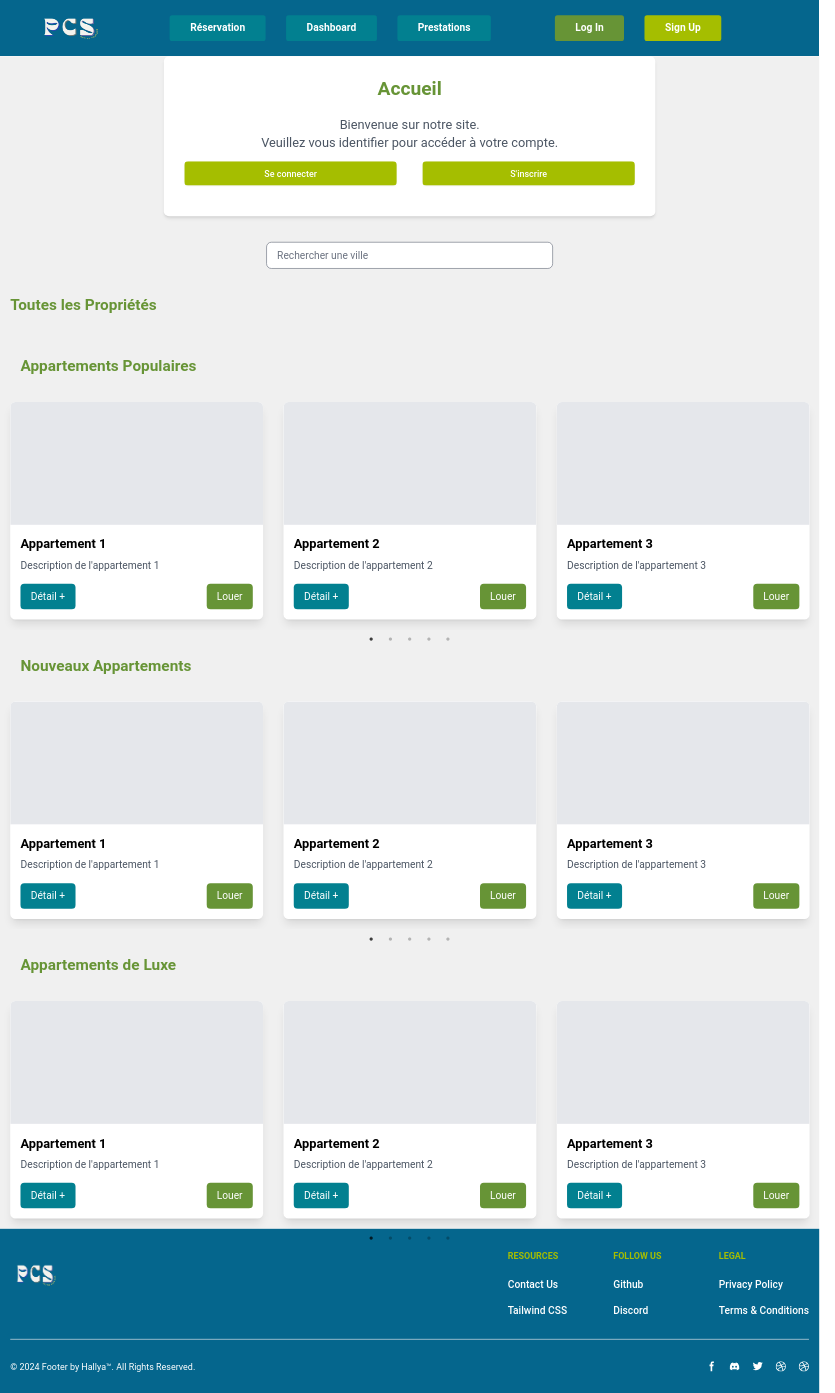
Repository: HATTOUNGBRE/ProjetAnnuel2
Page: / (app in FRONT/)
These files come from the project's save history. The page is drawn as it stood at one moment and after the next save; the edit follows.
The browser window is 1280 px wide. The page is 1305 px wide, so the pictures cover 1305 px, including what lies to the right of the window. The pictures show the whole page, at 64% of full size.
The page's requests for data from a server got no answer. The project was rebuilt for these pictures with package versions that can differ from the ones it lists, and the page was loaded fresh each time. No one was signed in, and anything a server would have sent is missing. Also part of the build but not shown: FRONT/vite.config.js, FRONT/src/components/PropertyCard.jsx, FRONT/src/components/Contact.jsx, FRONT/src/components/CatUser.jsx, FRONT/src/components/Login.jsx, FRONT/src/components/prestataire/PrestataireType.jsx, FRONT/src/components/prestataire/PrestataireDetails.jsx, FRONT/src/components/Account.jsx and 14 more.

Above is the page before, as saved 2024-06-27 15:04:21.

### FRONT/src/main.jsx
import React from 'react'
import ReactDOM from 'react-dom/client'
import App from './App.jsx'
import './App.css'
import { AuthProvider } from './components/AuthContext';
import {
  BrowserRouter,
  Route,
  Link
} from "react-router-dom";

ReactDOM.createRoot(document.getElementById('root')).render(
  <React.StrictMode>
    <AuthProvider>
    <App />
    </AuthProvider>
  </React.StrictMode>,
)

### FRONT/src/App.css
@tailwind base;
@tailwind components;
@tailwind utilities;

html, body {
  height: 100%;
  width: 100%;
  margin: 0;
  padding: 0;
  font-family: 'Roboto', sans-serif;
}


.logo {
  height: 5em;
  width: 7em;
  /* will-change: filter; */
  transition: filter 300ms;
}
.logo:hover {
}
.logo.react:hover {
  filter: drop-shadow(0 0 2em #61dafbaa);
}

@keyframes logo-spin {
  from {
    transform: rotate(0deg);
  }
  to {
    transform: rotate(360deg);
  }
}


.card {
  padding: 2em;
}

.read-the-docs {
  color: #888;
}
footer {
  position: absolute;
  left: 0;
  bottom: 0;
  width: 100%;
}
html, body {
  height: 100%;
  margin: 0;
  padding: 0;

}



footer {
  flex-shrink: 0; /* Empêche le pied de page de rétrécir si le contenu est trop grand */
}

.main-content {
  flex: 1;
  padding: 24px;
  overflow-y: auto;
  display: flex;
  flex-direction: column;
}

### FRONT/src/components/AuthContext.jsx
import React, { createContext, useState, useEffect } from 'react';
import Cookies from 'js-cookie';

const AuthContext = createContext();

export const AuthProvider = ({ children }) => {
  const [isLoggedIn, setIsLoggedIn] = useState(false);
  const [userRole, setUserRole] = useState('');
  const [userId, setUserId] = useState(null);
  const [userName, setUserName] = useState('');
  const [userSurname, setUserSurname] = useState('');
  const [category, setCategoryUserId] = useState(null);

  const fetchUserDetails = async (userId) => {
    try {
      const response = await fetch(`http://localhost:8000/api/user/${userId}`);
      const data = await response.json();

      if (response.ok) {
        setIsLoggedIn(true);
        setUserId(data.id);
        setUserName(data.name);
        setUserSurname(data.surname);
        setCategoryUserId(data.category_user);
        setUserRole(Cookies.get('role')); // Ensure the role is set from the cookie
      } else {
        setIsLoggedIn(false);
        setUserId(null);
        setUserName('');
        setUserSurname('');
        setCategoryUserId(null);
        setUserRole('');
      }
    } catch (error) {
      console.error('Error fetching user details:', error);
    }
  };

  useEffect(() => {
    const token = Cookies.get('authToken');
    const storedUserRole = Cookies.get('role');
    const storedUserId = Cookies.get('userId');

    if (token && storedUserId) {
      setIsLoggedIn(true);
      setUserRole(storedUserRole || '');
      fetchUserDetails(storedUserId); // Fetch user details
    }
  }, []);

  const login = (token, role, userId, userName, userSurname, category) => {
    Cookies.set('authToken', token, { expires: 1 });
    Cookies.set('role', role, { expires: 1 });
    Cookies.set('userId', userId, { expires: 1 });
    Cookies.set('userName', userName, { expires: 1 });
    Cookies.set('userSurname', userSurname, { expires: 1 });
    Cookies.set('category', category, { expires: 1 });

    setIsLoggedIn(true);
    setUserRole(role);
    setUserId(userId);
    setUserName(userName);
    setUserSurname(userSurname);
    setCategoryUserId(category);
  };

  const logout = () => {
    Cookies.remove('authToken');
    Cookies.remove('role');
    Cookies.remove('userId');
    Cookies.remove('userName');
    Cookies.remove('userSurname');
    Cookies.remove('category');

    setIsLoggedIn(false);
    setUserRole('');
    setUserId(null);
    setUserName('');
    setUserSurname('');
    setCategoryUserId(null);
  };

  return (
    <AuthContext.Provider value={{ isLoggedIn, userRole, userId, userName, userSurname, category, login, logout, fetchUserDetails }}>
      {children}
    </AuthContext.Provider>
  );
};

export default AuthContext;

### FRONT/src/components/Header.jsx
import { useState, useEffect } from 'react';
import Nav from './Nav';
import { Link } from "react-router-dom";

function Header(props) {
  const { isLoggedIn, userRole } = props;

  return (
    <div>
      <header className="bg-pcs-200 sticky top-0 z-[20]">
        <nav className="bg-pcs-200 border-gray-200 dark:bg-gray-900 w-full">
          <div className="w-full flex flex-wrap items-center justify-around p-1">
            <Link to="/" className="flex items-center space-x-3 rtl:space-x-reverse">
              <img src="/public/images/fullDay.png" className="h-8 logo" alt="PCSLogo" />
            </Link>
            <Nav isLoggedIn={isLoggedIn} userRole={userRole} />
            <button
              data-collapse-toggle="navbar-default"
              type="button"
              className="inline-flex items-center p-2 w-10 h-10 justify-center text-sm text-gray-500 rounded-lg md:hidden focus:outline-none focus:ring-2 focus:ring-gray-200 dark:text-gray-400 dark:focus:ring-gray-600"
              aria-controls="navbar-default"
              aria-expanded="false"
            >
              <span className="sr-only">Open main menu</span>
              <svg
                className="w-5 h-5"
                aria-hidden="true"
                xmlns="http://www.w3.org/2000/svg"
                fill="none"
                viewBox="0 0 17 14"
              >
                <path
                  stroke="currentColor"
                  strokeLinecap="round"
                  strokeLinejoin="round"
                  strokeWidth="2"
                  d="M1 1h15M1 7h15M1 13h15"
                />
              </svg>
            </button>
            <div className="hidden w-full md:block md:w-auto" id="navbar-default"></div>
          </div>
        </nav>
      </header>
    </div>
  );
}

export default Header;

### FRONT/src/components/Main.jsx
// src/components/Main.jsx
import React, { useState, useContext, useEffect } from 'react';
import AuthContext from './AuthContext';
import { Link } from 'react-router-dom';
import PropertyRow from './PropertyRow';
import Slider from 'react-slick';
import 'slick-carousel/slick/slick.css';
import 'slick-carousel/slick/slick-theme.css';

function Main() {
  const { isLoggedIn, userRole } = useContext(AuthContext);

  const [searchTerm, setSearchTerm] = useState('');
  const [cities, setCities] = useState([]);

  useEffect(() => {
    if (searchTerm.length >= 2) {
      searchCities(searchTerm);
    } else {
      setCities([]);
    }
  }, [searchTerm]);

  const searchCities = async (term) => {
    try {
      const response = await fetch(`https://geo.api.gouv.fr/communes?nom=${term}&fields=departement&boost=population&limit=5`);
      const data = await response.json();
      setCities(data);
    } catch (error) {
      console.error('Error fetching cities:', error);
    }
  };

  const sliderSettings = {
    dots: true,
    infinite: true,
    speed: 500,
    slidesToShow: 3,
    slidesToScroll: 1,
    responsive: [
      {
        breakpoint: 1024,
        settings: {
          slidesToShow: 2,
          slidesToScroll: 1,
          infinite: true,
          dots: true
        }
      },
      {
        breakpoint: 600,
        settings: {
          slidesToShow: 1,
          slidesToScroll: 1
        }
      }
    ]
  };

  return (
    <div className="min-h-screen bg-pcs-100 flex flex-col items-center justify-center">
      <div className="max-w-3xl w-full p-8 bg-white shadow-md rounded-lg text-center">
        <h1 className="text-3xl font-semibold text-pcs-400 mb-6">Accueil</h1>
        {isLoggedIn ? (
          <p className="text-xl text-pcs-300">
            Vous êtes connecté.e en tant que <span className="font-bold">{userRole}</span>
          </p>
        ) : (
          <div>
            <p className="text-xl text-gray-600">Bienvenue sur notre site.</p>
            <p className="text-xl text-gray-600">Veuillez vous identifier pour accéder à votre compte.</p>
            <div className='flex justify-center mt-4 space-x-10'>
              <button className='w-full px-4 mb-4 py-2 text-sm font-medium text-white bg-pcs-300 border border-transparent rounded-md shadow-sm hover:bg-pcs-400'>
                <Link to="/components/catUser">Se connecter</Link>
              </button>
              <button className='w-full px-4 mb-4 py-2 text-sm font-medium text-white bg-pcs-300 border border-transparent rounded-md shadow-sm hover:bg-pcs-400'>
                <Link to="/components/inscription">S'inscrire</Link>
              </button>
            </div>
          </div>
        )}
      </div>

      {/* Barre de recherche de villes */}
      <div className="mt-10 w-full max-w-md">
        <input
          type="text"
          className="w-full px-4 py-2 border rounded-lg focus:outline-none focus:ring-2 focus:ring-blue-500"
          placeholder="Rechercher une ville"
          value={searchTerm}
          onChange={(e) => setSearchTerm(e.target.value)}
        />
        {cities.length > 0 && (
          <ul className="mt-2 bg-white border rounded-lg">
            {cities.map((city) => (
              <li key={city.code} className="px-4 py-2 border-b last:border-b-0">
                {city.nom} ({city.departement.nom})
              </li>
            ))}
          </ul>
        )}
      </div>

      {/* Categories with carousels */}
      <PropertyRow title="Toutes les Propriétés" apiUrl="http://localhost:8000/api/properties" />
      <div className="mt-10 w-full">
        <h2 className=" ml-8 text-2xl font-semibold text-pcs-400 mb-6">Appartements Populaires</h2>
        <Slider {...sliderSettings}>
          {[1, 2, 3, 4, 5].map(item => (
            <div key={item} className="p-4">
              <div className="bg-white shadow-lg rounded-lg overflow-hidden">
                <div className="h-48 bg-gray-200"></div>
                <div className="p-4">
                  <h3 className="text-xl font-semibold mb-2">Appartement {item}</h3>
                  <p className="text-gray-600 mb-4">Description de l'appartement {item}</p>
                  <div className="flex justify-between">
                    <button className="bg-pcs-250 hover:bg-pcs-200 text-white py-2 px-4 rounded-md">Détail +</button>
                    <button className="bg-pcs-400 text-white py-2 px-4 rounded-md">Louer</button>
                  </div>
                </div>
              </div>
            </div>
          ))}
        </Slider>
      </div>

      <div className="mt-10 w-full">
        <h2 className=" ml-8 text-2xl font-semibold text-pcs-400 mb-6">Nouveaux Appartements</h2>
        <Slider {...sliderSettings}>
          {[1, 2, 3, 4, 5].map(item => (
            <div key={item} className="p-4">
              <div className="bg-white shadow-lg rounded-lg overflow-hidden">
                <div className="h-48 bg-gray-200"></div>
                <div className="p-4">
                  <h3 className="text-xl font-semibold mb-2">Appartement {item}</h3>
                  <p className="text-gray-600 mb-4">Description de l'appartement {item}</p>
                  <div className="flex justify-between">
                    <button className="bg-pcs-250 hover:bg-pcs-200 text-white py-2 px-4 rounded-md">Détail +</button>
                    <button className="bg-pcs-400 text-white py-2 px-4 rounded-md">Louer</button>
                  </div>
                </div>
              </div>
            </div>
          ))}
        </Slider>
      </div>

      <div className="mt-10 w-full">
        <h2 className=" ml-8 text-2xl font-semibold text-pcs-400 mb-6">Appartements de Luxe</h2>
        <Slider {...sliderSettings}>
          {[1, 2, 3, 4, 5].map(item => (
            <div key={item} className="p-4">
              <div className="bg-white shadow-lg rounded-lg overflow-hidden">
                <div className="h-48 bg-gray-200"></div>
                <div className="p-4">
                  <h3 className="text-xl font-semibold mb-2">Appartement {item}</h3>
                  <p className="text-gray-600 mb-4">Description de l'appartement {item}</p>
                  <div className="flex justify-between">
                    <button className="bg-pcs-250 hover:bg-pcs-200 text-white py-2 px-4 rounded-md">Détail +</button>
                    <button className="bg-pcs-400 text-white py-2 px-4 rounded-md">Louer</button>
                  </div>
                </div>
              </div>
            </div>
          ))}
        </Slider>
      </div>
    </div>
  );
}

export default Main;

### FRONT/src/components/Nav.jsx
import { Link } from "react-router-dom";

function Nav(props) {
    const { isLoggedIn, userRole } = props;

    console.log('isLoggedIn page NAV:', isLoggedIn);
    return (
        <>
            <div className='flex space-x-8'>
                <Link to={`/${userRole}/Reservation`}>
                    <button className="bg-pcs-250 hover:bg-pcs-300 text-white font-bold py-2 px-8 rounded">
                        Réservation
                    </button>
                </Link>

                <Link to={`/components/dashboard/${userRole}`}>
                    <button className="bg-pcs-250 hover:bg-pcs-300 text-white font-bold py-2 px-8 rounded">
                        Dashboard
                    </button>
                </Link>

                <Link to={`/${userRole}/Prestation`}>
                    <button className="bg-pcs-250 hover:bg-pcs-300 text-white font-bold py-2 px-8 rounded">
                        Prestations
                    </button>
                </Link>
            </div>
            {isLoggedIn ? (
                <div className='flex space-x-8'>
                    <Link to='/account'>
                        <button className="bg-pcs-400 hover:bg-pcs-700 text-white font-bold py-2 px-8 rounded">
                            Account
                        </button>
                    </Link>
                    <Link to='/logout'>
                        <button className="bg-pcs-300 hover:bg-pcs-600 text-white font-bold py-2 px-8 rounded">
                            Log out
                        </button>
                    </Link>

                </div>
            ) : (
                <div className='flex space-x-8'>
                    <Link to='/components/catuser'>
                        <button className="bg-pcs-400 hover:bg-pcs-700 text-white font-bold py-2 px-8 rounded">
                            Log In
                        </button>
                    </Link>

                    <Link to='/components/Inscription'>
                        <button className="bg-pcs-300 hover:bg-pcs-600 text-white font-bold py-2 px-8 rounded">
                            Sign Up
                        </button>
                    </Link>
                </div>
            )}
        </>
    );
};

export default Nav;

### FRONT/src/components/LogOut.jsx
import React, { useContext, useEffect } from 'react';
import { useNavigate } from 'react-router-dom';
import AuthContext from './AuthContext';

const LogOut = () => {
  const { logout } = useContext(AuthContext);
  const navigate = useNavigate();

  useEffect(() => {
    logout();
    navigate('/');
  }, [logout, navigate]);

  return null;
};

export default LogOut;

### FRONT/src/components/PropertyRow.jsx
// src/components/PropertyRow.jsx
import React, { useEffect, useState } from 'react';
import Slider from 'react-slick';
import PropertyCard from './PropertyCard';
import 'slick-carousel/slick/slick.css';
import 'slick-carousel/slick/slick-theme.css';

const PropertyRow = ({ title, apiUrl }) => {
  const [properties, setProperties] = useState([]);

  useEffect(() => {
    const fetchProperties = async () => {
      try {
        const response = await fetch(apiUrl);
        const data = await response.json();
        setProperties(data);
      } catch (error) {
        console.error('Error fetching properties:', error);
      }
    };

    fetchProperties();
  }, [apiUrl]);

  const sliderSettings = {
    dots: true,
    infinite: true,
    speed: 500,
    slidesToShow: 3,
    slidesToScroll: 1,
    responsive: [
      {
        breakpoint: 1024,
        settings: {
          slidesToShow: 2,
          slidesToScroll: 1,
          infinite: true,
          dots: true
        }
      },
      {
        breakpoint: 600,
        settings: {
          slidesToShow: 1,
          slidesToScroll: 1
        }
      }
    ]
  };

  return (
    <div className="mt-10 w-full">
      <h2 className=" ml-4 text-2xl font-semibold text-pcs-400 mb-6">{title}</h2>
      <Slider {...sliderSettings}>
        {properties.map(property => (
          <div key={property.id} className="p-4">
            <PropertyCard property={property} />
          </div>
        ))}
      </Slider>
    </div>
  );
};

export default PropertyRow;

Loaded but not shown: FRONT/index.html (common file); FRONT/tailwind.config.js (26 lines, source omitted); FRONT/src/components/Footer.jsx (91 lines, source omitted); FRONT/src/App.jsx (95 lines, source omitted)

After the next save:
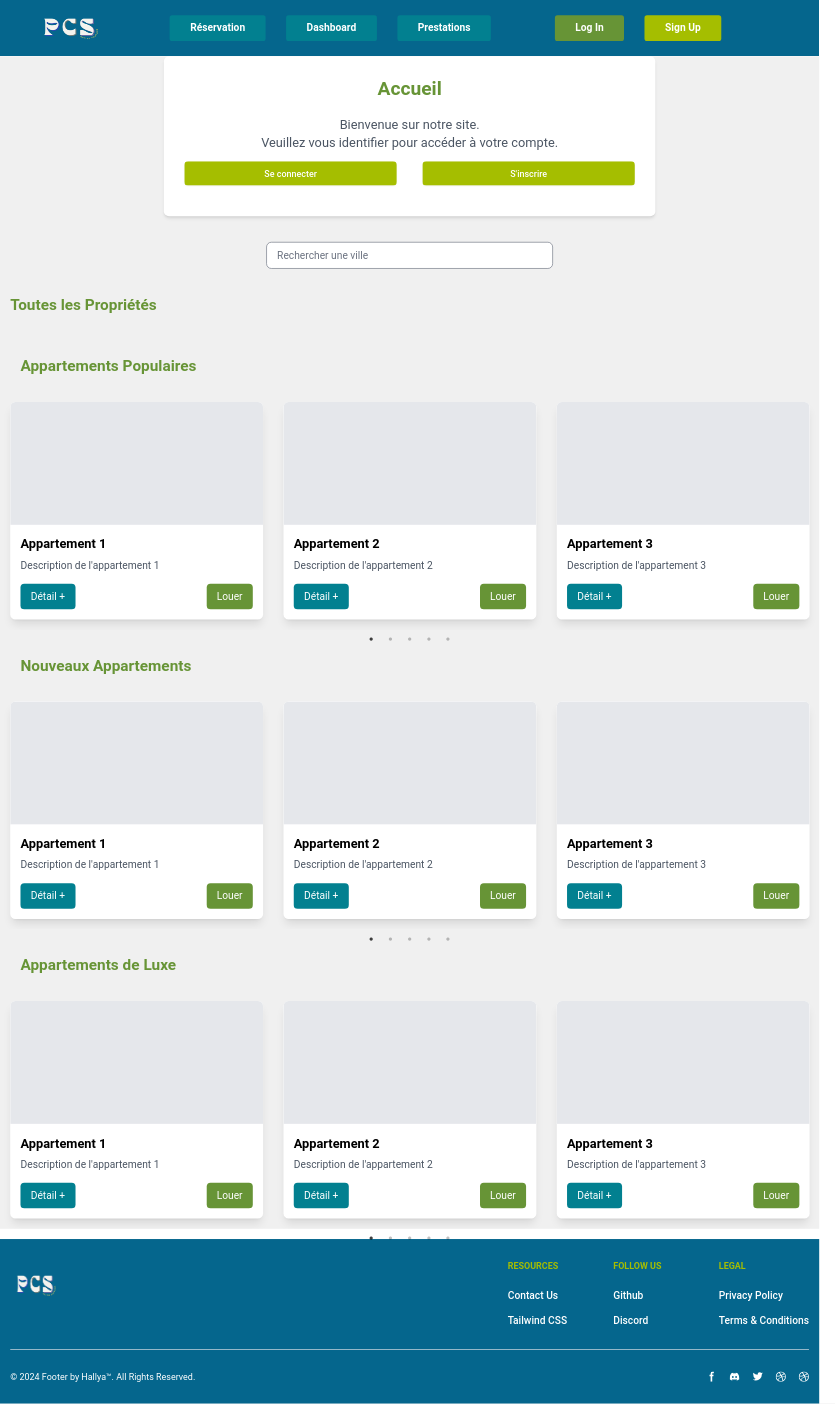
Saved 88 s later.
--- a/FRONT/src/components/Main.jsx
+++ b/FRONT/src/components/Main.jsx
@@ -58,7 +58,7 @@
   };
 
   return (
-    <div className="min-h-screen bg-pcs-100 flex flex-col items-center justify-center">
+    <div className="min-h-screen bg-pcs-100 flex flex-col items-center mb-4 justify-center">
       <div className="max-w-3xl w-full p-8 bg-white shadow-md rounded-lg text-center">
         <h1 className="text-3xl font-semibold text-pcs-400 mb-6">Accueil</h1>
         {isLoggedIn ? (

After the save that followed:
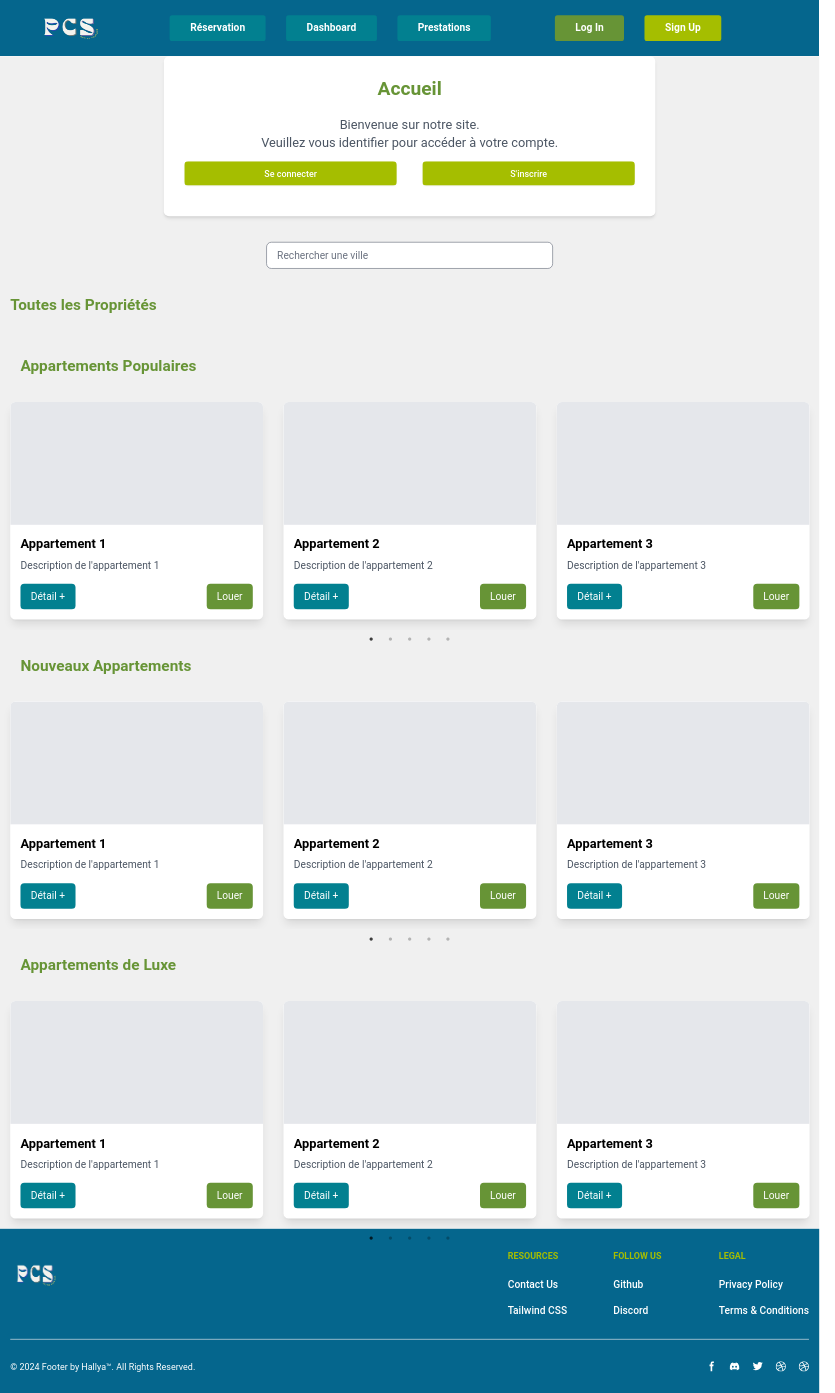
Saved 11 s later.
--- a/FRONT/src/components/Main.jsx
+++ b/FRONT/src/components/Main.jsx
@@ -58,7 +58,7 @@
   };
 
   return (
-    <div className="min-h-screen bg-pcs-100 flex flex-col items-center mb-4 justify-center">
+    <div className="min-h-screen bg-pcs-100 flex flex-col items-center  justify-center">
       <div className="max-w-3xl w-full p-8 bg-white shadow-md rounded-lg text-center">
         <h1 className="text-3xl font-semibold text-pcs-400 mb-6">Accueil</h1>
         {isLoggedIn ? (
